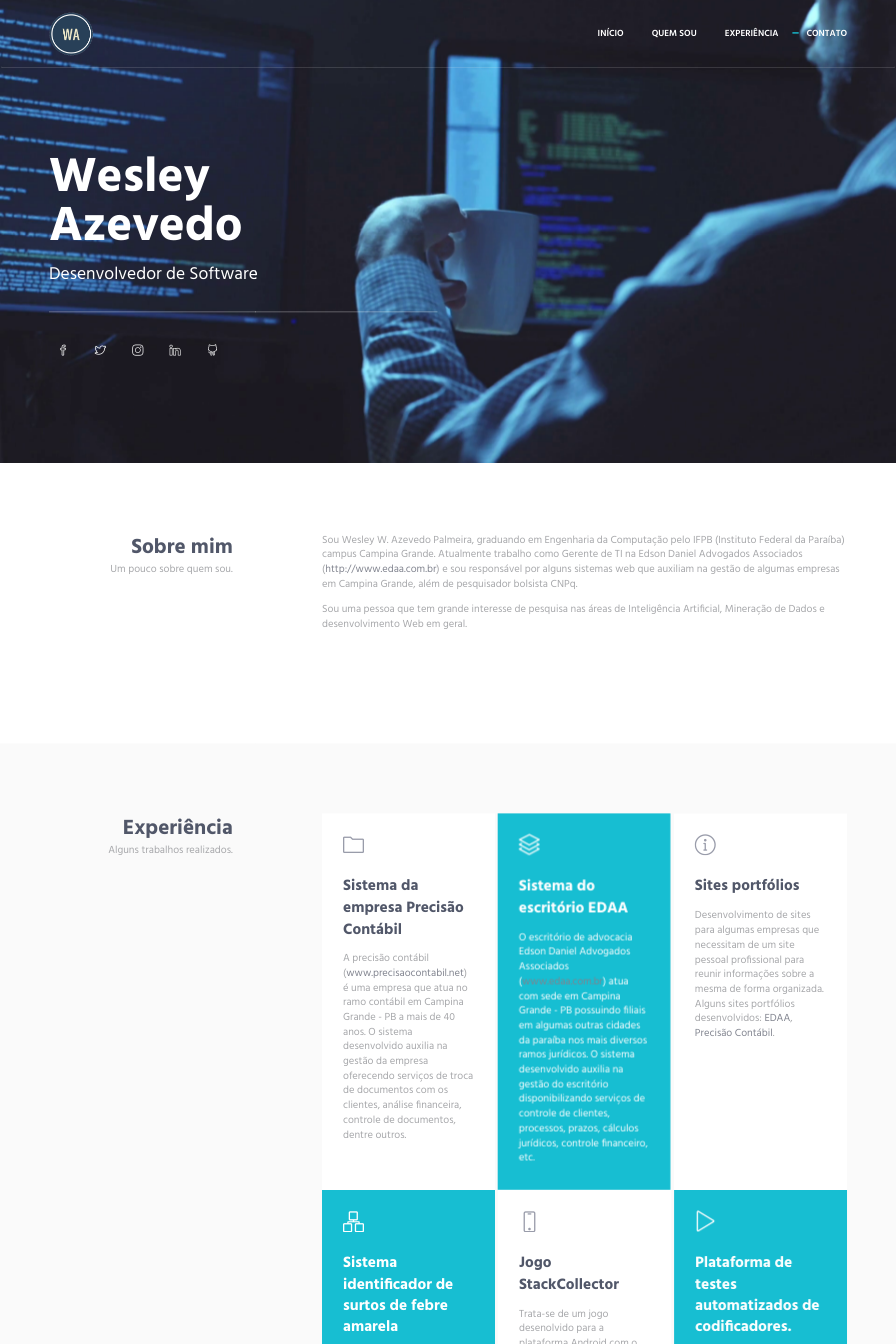
Repository: nolderosw/wesleyazevedo
Page: public/index.html
An editor plug-in stored every save of this project. The page is shown before and after the next save, followed by the edit.
The browser window is 1280 px wide. The pictures show the part of the page from y = 0 to 1920 px (the page is 2620 px tall before and 2570 px after), at 70% of full size.

Above is the page before, as saved 2018-08-15 18:16:45.

After the next save:
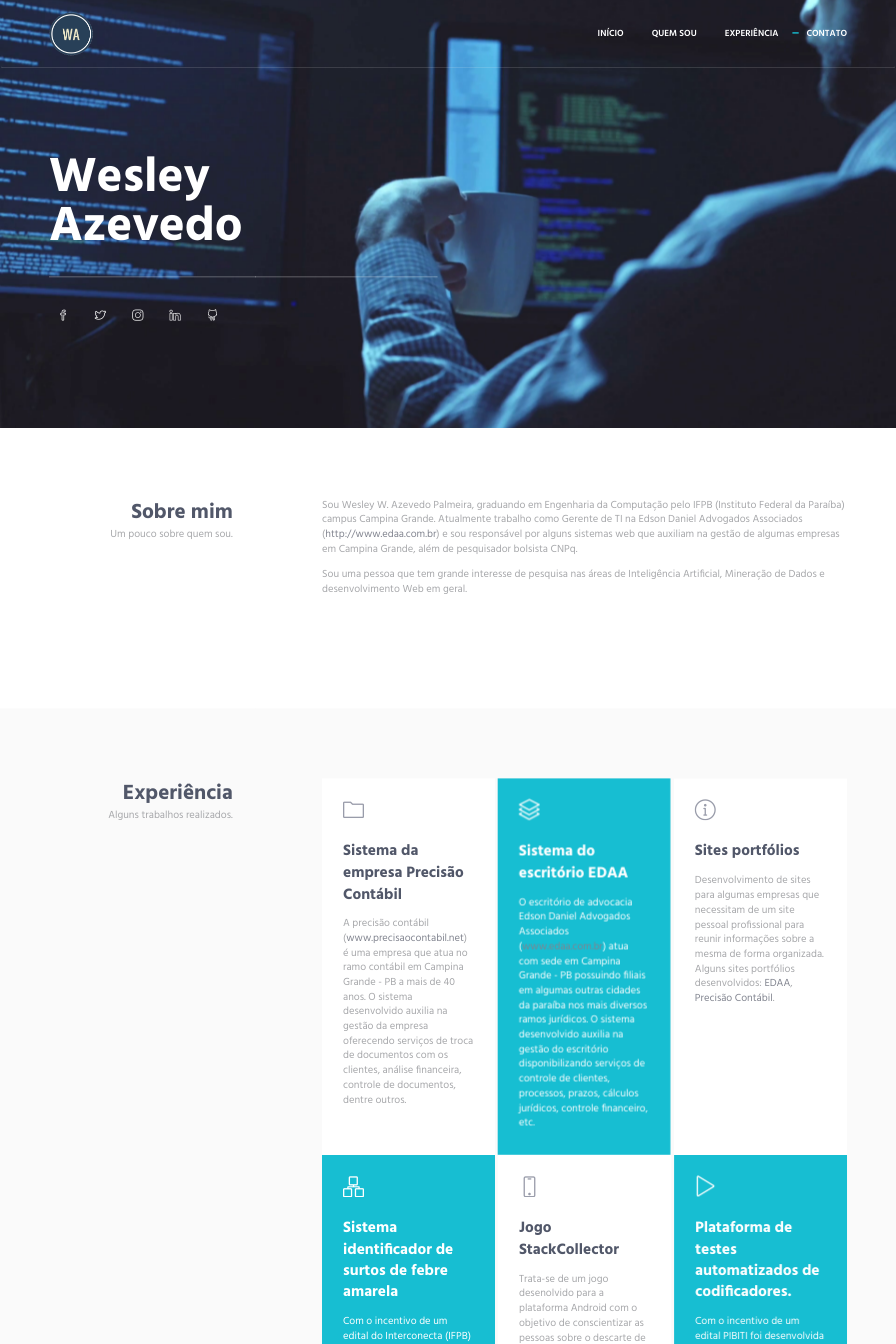
Saved 344 days later.
--- a/public/index.html
+++ b/public/index.html
@@ -79,7 +79,7 @@
                 <div class="col-sm-6">
                     <div class="promo-block-divider">
                         <h1 class="promo-block-title">Wesley <br/> Azevedo</h1>
-                        <p class="promo-block-text">Desenvolvedor de Software</p>
+                        <!--<p class="promo-block-text">Desenvolvedor de Software</p>-->
                     </div>
                     <ul class="list-inline">
                         <li><a href="http://facebook.com/wesley150" target="_blank" class="social-icons"><i class="icon-social-facebook"></i></a></li>
